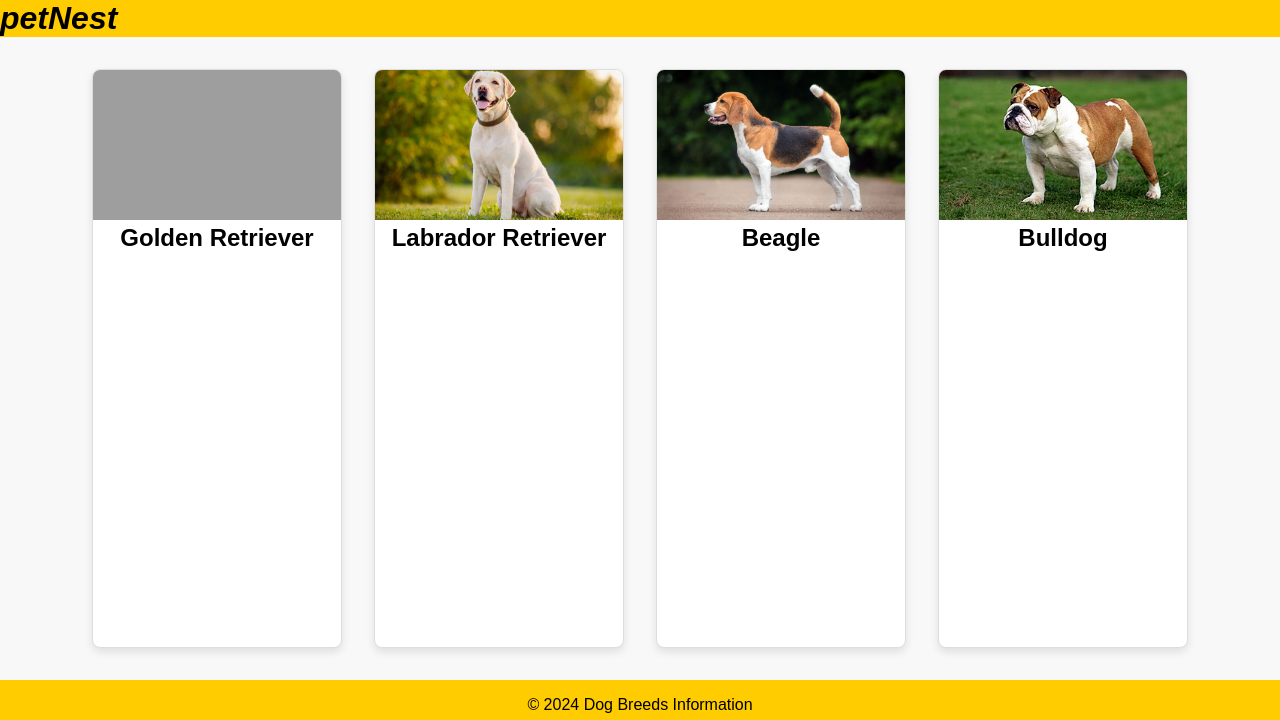
Repository: SHAHZADcodr/pet_care
Page: pages/dog.html
These files come from the project's save history. The page is drawn as it stood at one moment and after the next save; the edit follows.
The browser window is 1280 px wide. The pictures show the whole page.
Pictures or frames that could not be fetched are drawn as grey boxes.

Above is the page before, as saved 2024-11-04 22:22:45.
Not found: pages/dog.js

### pages/dog.html
<!DOCTYPE html>
<html lang="en">
<head>
    <meta charset="UTF-8">
    <meta name="viewport" content="width=device-width, initial-scale=1.0">
    <title>Dog Breeds</title>
    <link rel="stylesheet" href="dog.css"> <!-- Link to your CSS file -->
</head>
<body>
    <header>
        <h1 id="webName"><i><strong>petNest</strong></i></h1>
    </header>
    <main class="dog-breeds">
        <div class="dog-card">
            <img src="images/golden_retriever.jpg" alt="Golden Retriever" class="dog-image">
            <h2>Golden Retriever</h2>
            <div class="dog-info" style="display: none;">
                <p><strong>Breed:</strong> Sporting</p>
                <p><strong>Tips:</strong> Regular exercise is essential; they love to play and swim.</p>
            </div>
        </div>
        <div class="dog-card">
            <img src="images/labrador.jpg" alt="Labrador Retriever" class="dog-image">
            <h2>Labrador Retriever</h2>
            <div class="dog-info" style="display: none;">
                <p><strong>Breed:</strong> Sporting</p>
                <p><strong>Tips:</strong> Very friendly; needs a lot of socialization and exercise.</p>
            </div>
        </div>
        <div class="dog-card">
            <img src="images/beagle.jpg" alt="Beagle" class="dog-image">
            <h2>Beagle</h2>
            <div class="dog-info" style="display: none;">
                <p><strong>Breed:</strong> Hound</p>
                <p><strong>Tips:</strong> They have a strong sense of smell and love to explore; training is important.</p>
            </div>
        </div>
        <div class="dog-card">
            <img src="images/bulldog.jpg" alt="Bulldog" class="dog-image">
            <h2>Bulldog</h2>
            <div class="dog-info" style="display: none;">
                <p><strong>Breed:</strong> Non-Sporting</p>
                <p><strong>Tips:</strong> Low energy; enjoy short walks and have a calm temperament.</p>
            </div>
        </div>
        <!-- Add more dog cards as needed -->
    </main>
    <footer>
        <p>&copy; 2024 Dog Breeds Information</p>
    </footer>

    <script src="dog.js"></script> <!-- Link to your JavaScript file -->
</body>
</html>

### pages/dog.css
/* General Reset */
* {
    margin: 0;
    padding: 0;
    box-sizing: border-box;
}

/* Basic Layout */
body {
    font-family: Arial, sans-serif;
    display: flex;
    flex-direction: column;
    min-height: 100vh; /* Ensures body takes full height of the viewport */
    background-color: #f8f8f8;
}

header {
    background-color: #ffcc00;
}

.dog-breeds {
    display: flex;
    flex-wrap: wrap;
    justify-content: center;
    padding: 1rem;
    flex-grow: 1; /* Allows the main content to grow and push footer down */
}

.dog-card {
    background-color: #fff;
    border: 1px solid #ddd;
    border-radius: 8px;
    box-shadow: 0 4px 8px rgba(0, 0, 0, 0.1);
    margin: 1rem;
    width: 250px; /* Fixed width for dog cards */
    text-align: center;
    overflow: hidden;
    transition: transform 0.2s;
}

.dog-card:hover {
    transform: scale(1.05); /* Slightly enlarge on hover */
}

.dog-card img {
    width: 100%;
    height: 150px; /* Set fixed height for images */
    object-fit: cover; /* Maintain aspect ratio */
}

footer {
    background-color: #ffcc00;
    text-align: center;
    padding: 1rem;
    margin-top: auto; /* Push footer to the bottom */
    /* Optional: You can set a height for the footer if needed */
    height: 40px; /* Fixed height for the footer */
}

After the next save:
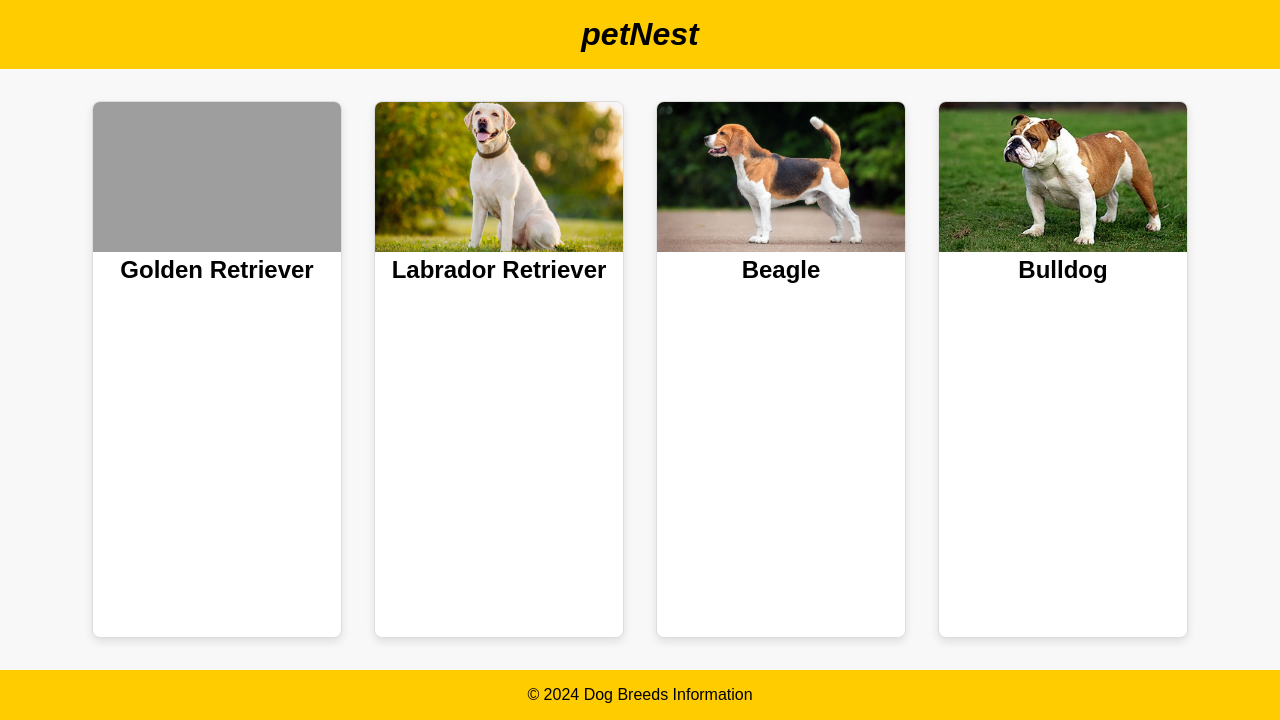
Saved 8 s later.
--- a/pages/dog.css
+++ b/pages/dog.css
@@ -16,6 +16,8 @@
 
 header {
     background-color: #ffcc00;
+    padding: 1rem;
+    text-align: center;
 }
 
 .dog-breeds {
@@ -53,6 +55,4 @@
     text-align: center;
     padding: 1rem;
     margin-top: auto; /* Push footer to the bottom */
-    /* Optional: You can set a height for the footer if needed */
-    height: 40px; /* Fixed height for the footer */
 }
